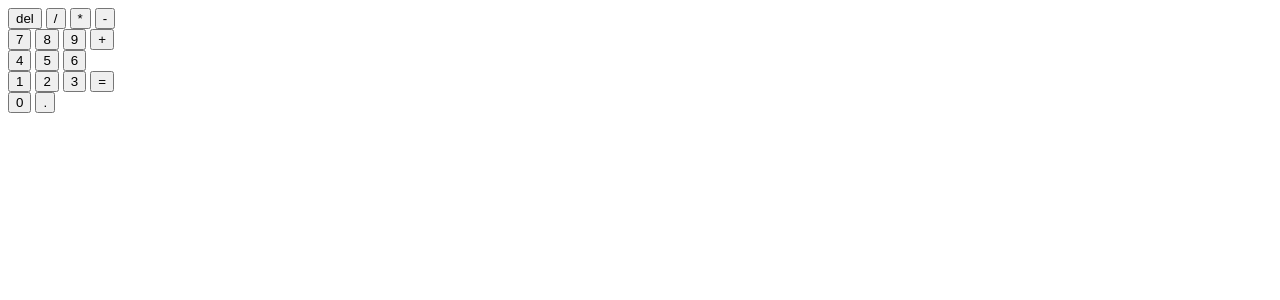
Repository: DenLion09/DenLion09.dots
Page: calculator/index.html
These files come from the project's save history. The page is drawn as it stood at one moment and after the next save; the edit follows.
The browser window is 1280 px wide. The pictures show the whole page.

Above is the page before, as saved 2026-04-26 21:38:03.

After the next save:
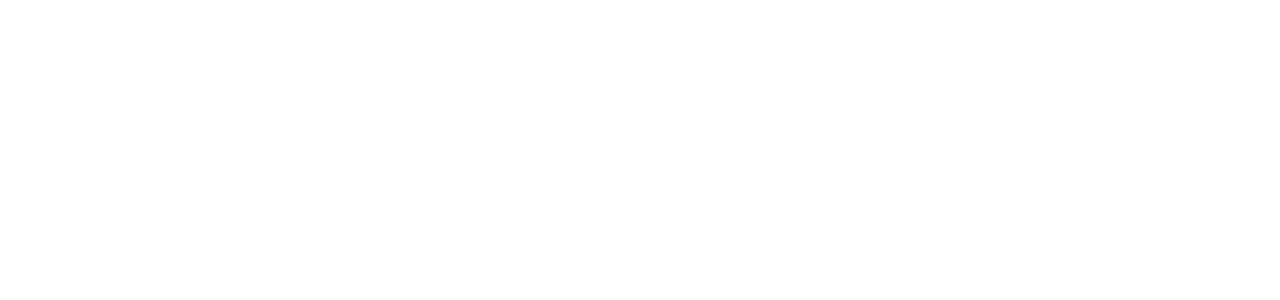
Console error: SyntaxError: Illegal return statement
Saved 67 s later.
--- a/calculator/index.html
+++ b/calculator/index.html
@@ -13,7 +13,8 @@
         margin: 15%;
       }
     </style>
-    <div class="claculator-body">
+    <script>
+      return (<div class="claculator-body">
       <div class="col-1">
         <button type="button">del</button>
         <button type="button">/</button>
@@ -40,7 +41,8 @@
       <div class="col-5">
         <button type="button">0</button>
         <button type="button">.</button>
-      </div>
+      </div>)
+    </script>
     </div>
   </body>
 </html>

After the 3 saves that followed:
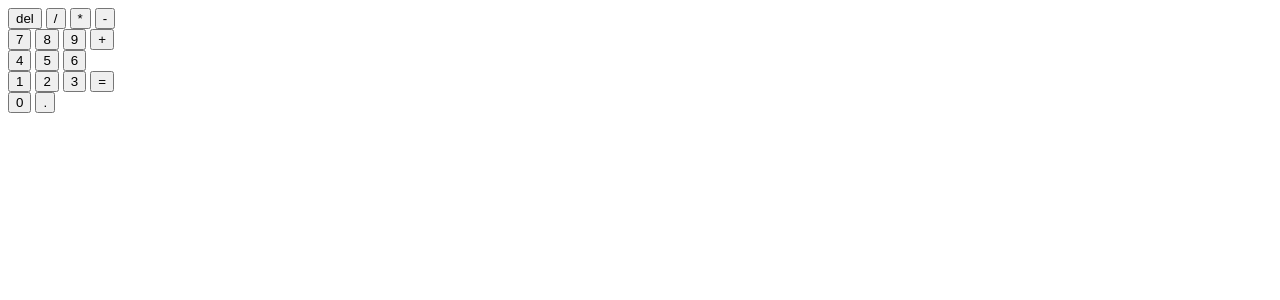
The error is gone.
The 3 saves are shown as one change because 2 left the picture as it was.
The last was saved 48 s later.
--- a/calculator/index.html
+++ b/calculator/index.html
@@ -13,8 +13,8 @@
         margin: 15%;
       }
     </style>
-    <script>
-      return (<div class="claculator-body">
+    <script></script>
+    <div class="claculator-body">
       <div class="col-1">
         <button type="button">del</button>
         <button type="button">/</button>
@@ -41,8 +41,7 @@
       <div class="col-5">
         <button type="button">0</button>
         <button type="button">.</button>
-      </div>)
-    </script>
+      </div>
     </div>
   </body>
 </html>
